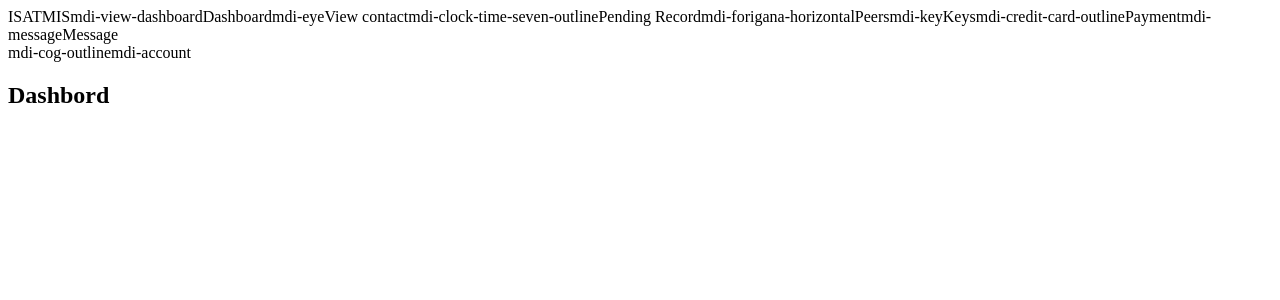
Repository: umarrg/isatmis
Page: /home
These files come from the project's save history. The page is drawn as it stood at one moment and after a run of saves; the edit follows.
The browser window is 1280 px wide. The pictures show the whole page.
The project was rebuilt for these pictures with package versions that can differ from the ones it lists, and the page was loaded fresh each time. Also part of the build but not shown: vue.config.js. Imported but missing from the stored project, and not drawn on this page: src/plugins/vuetify.

Above is the page before, as saved 2021-01-26 00:16:58.

After the next 2 saves:
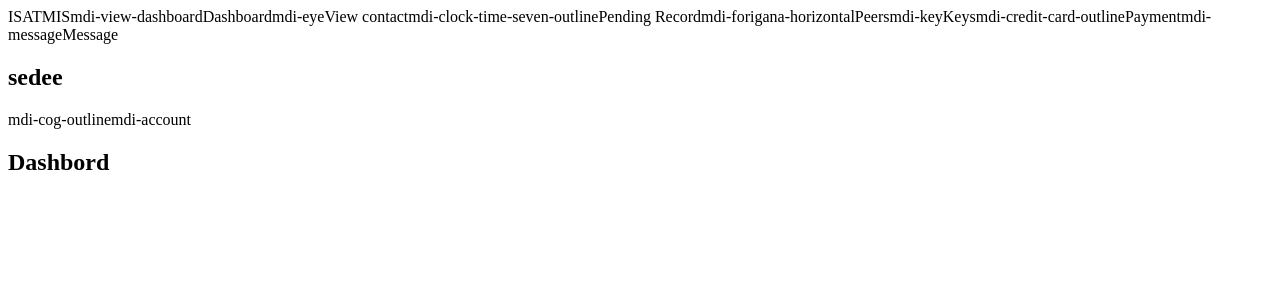
The 2 saves are shown as one change because they came seconds apart.
The last was saved 52 s later.
--- a/src/views/Home.vue
+++ b/src/views/Home.vue
@@ -2,6 +2,7 @@
   <v-app>
     <v-container>
       <v-col cols="12">
+        <h2>sedee</h2>
         <v-row align="center" justify="center">
           <v-col cols="12" md="12" sm="8" class="py-0 mt-3">
             <v-card>

After the save that followed:
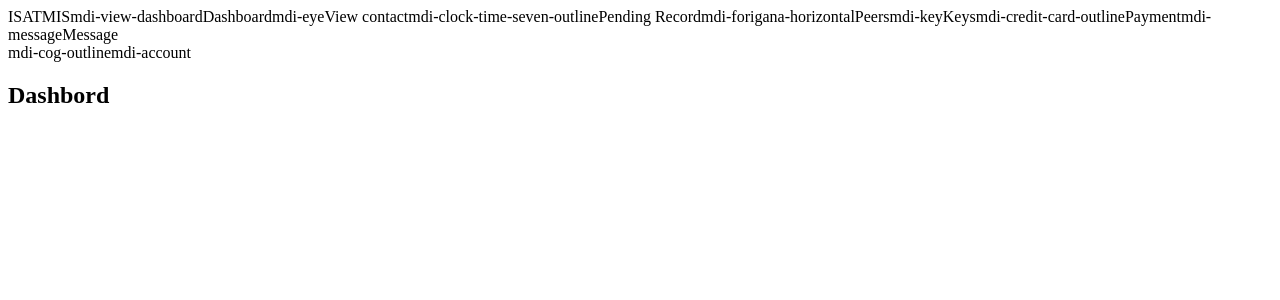
Saved 11 s later.
--- a/src/views/Home.vue
+++ b/src/views/Home.vue
@@ -2,7 +2,6 @@
   <v-app>
     <v-container>
       <v-col cols="12">
-        <h2>sedee</h2>
         <v-row align="center" justify="center">
           <v-col cols="12" md="12" sm="8" class="py-0 mt-3">
             <v-card>
